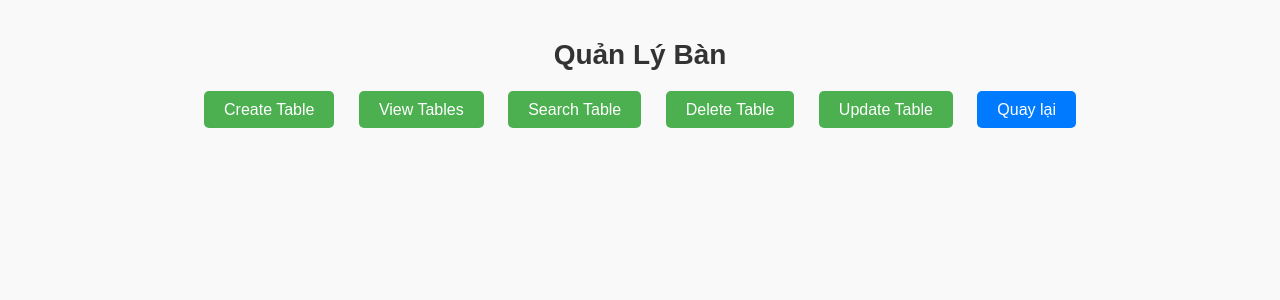
Repository: Loc2804/LTM
Page: http://localhost/RestaurantProject/Index_Tables.jsp
These files come from the project's save history. The page is drawn as it stood at one moment and after the next save; the edit follows.
The browser window is 1280 px wide. The pictures show the whole page.
The page is served by Tomcat 10.

Above is the page before, as saved 2024-12-12 11:17:25.

After the next save:
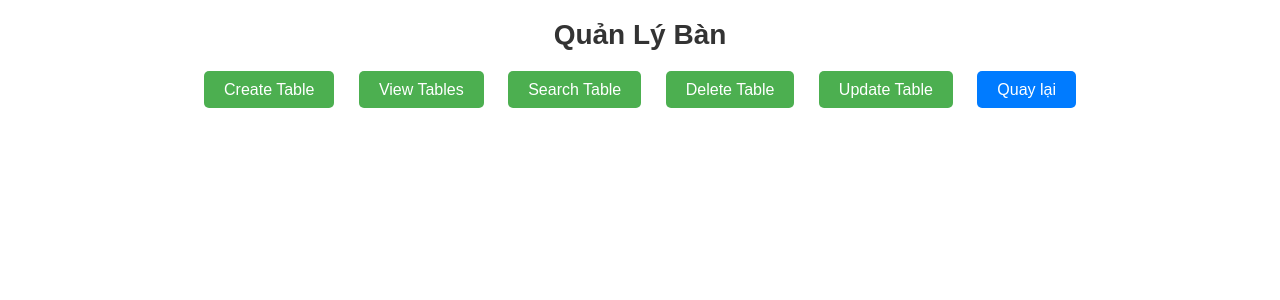
Saved 8 s later.
--- a/RestaurantProject/src/main/webapp/Index_Tables.jsp
+++ b/RestaurantProject/src/main/webapp/Index_Tables.jsp
@@ -6,11 +6,10 @@
     <meta name="viewport" content="width=device-width, initial-scale=1.0">
     <title>Quản Lý Bàn</title>
     <style>
-        body {
-            font-family: Arial, sans-serif;
-            background-color: #f9f9f9;
-            margin: 0;
-            padding: 20px;
+       body {
+           font-family: Arial, sans-serif;
+	        margin: 0;
+	        padding: 0;
         }
         .header {
             text-align: center;
